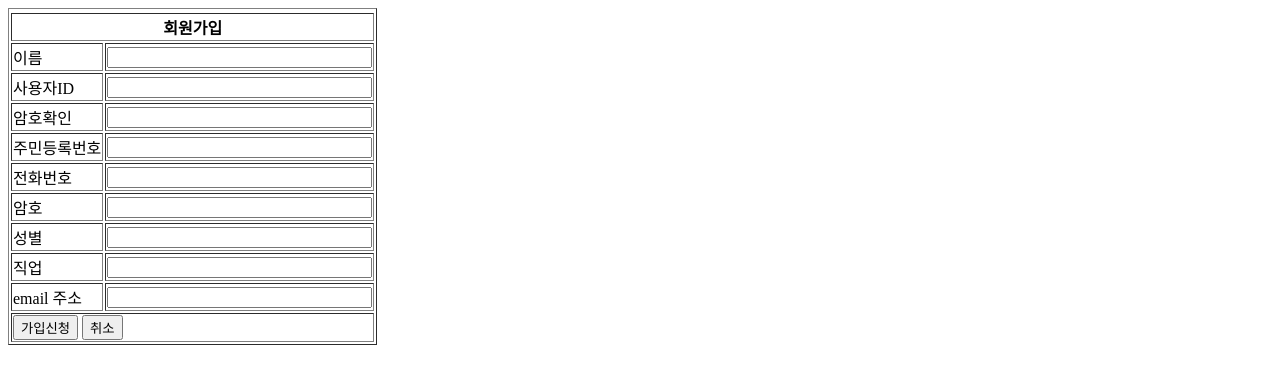
Repository: snowcuphea/webwork_class
Page: clientweb/WebContent/html/customer.html
The author's editor kept a copy of each file at every save. The page is drawn from the files as they stood at one save, then again after the next save.
The browser window is 1280 px wide. The pictures show the whole page.

Above is the page before, as saved 2020-01-02 07:40:25.

### clientweb/WebContent/html/customer.html
<!DOCTYPE html>
<html>
<head>
<meta charset="EUC-KR">
<title>Insert title here</title>
</head>
<body>

	<form action="/clientweb/member/login.jsp" method="post">

		<table border="1">
			<tr>
			</tr>
			<th colspan="2">회원가입</th>
			<tr>
				<td>이름</td>
				<td><input type="text" name="name" size="30" /></td>
			</tr>

			<tr>
				<td>사용자ID</td>
				<td><input type="text" name="name" size="30" /></td>

			</tr>

			<tr>
				<td>암호확인</td>
				<td><input type="text" name="name" size="30" /></td>
			</tr>

			<tr>
				<td>주민등록번호</td>
				<td><input type="text" name="name" size="30" /></td>
			</tr>

			<tr>
				<td>전화번호</td>
				<td><input type="text" name="name" size="30" /></td>
			</tr>

			<tr>
				<td>암호</td>
				<td><input type="text" name="name" size="30" /></td>
			</tr>

			<tr>
				<td>성별</td>
				<td><input type="text" name="name" size="30" /></td>
			</tr>

			<tr>
				<td>직업</td>
				<td><input type="text" name="name" size="30" /></td>
			</tr>

			<tr>
				<td>email 주소</td>
				<td><input type="text" name="name" size="30" /></td>
			</tr>

			<tr>
				<td colspan="2">
				<input type="button" name="name" value="가입신청" />
				<input type="button" name="name" value="취소" />
				</td>
			</tr>


		</table>


	</form>
</body>
</html>

After the next save:
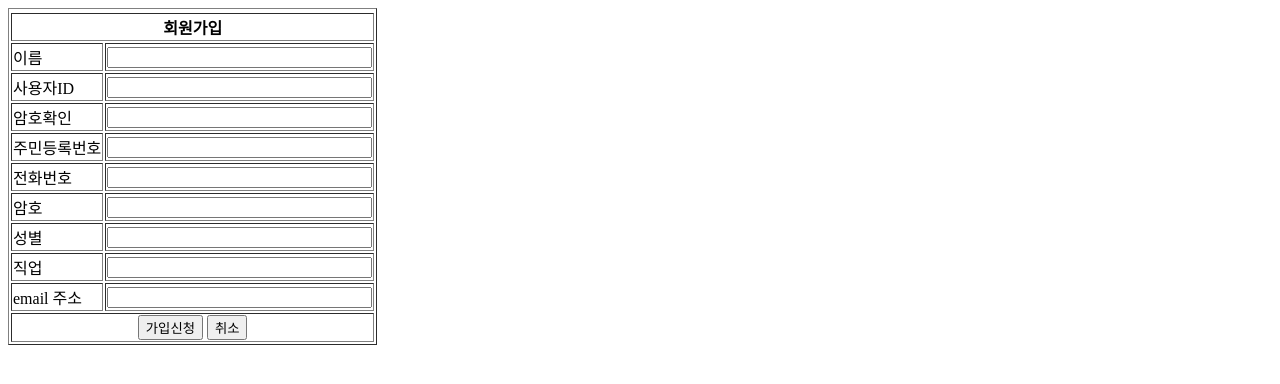
Saved 9 s later.
--- a/clientweb/WebContent/html/customer.html
+++ b/clientweb/WebContent/html/customer.html
@@ -59,7 +59,7 @@
 			</tr>
 
 			<tr>
-				<td colspan="2">
+				<td colspan="2" align="center">
 				<input type="button" name="name" value="가입신청" />
 				<input type="button" name="name" value="취소" />
 				</td>

After the 3 saves that followed:
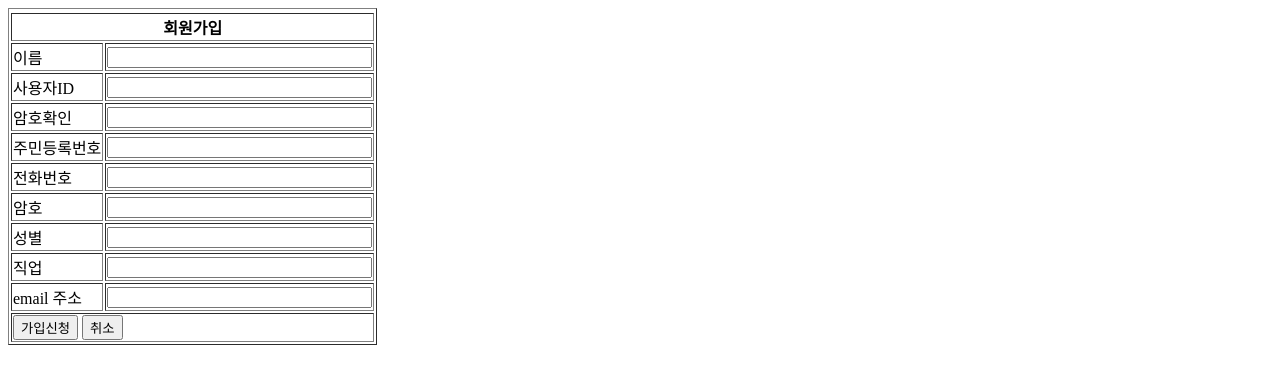
The 3 saves are shown as one change because 1 left the picture as it was and some came seconds apart.
The last was saved 32 s later.
--- a/clientweb/WebContent/html/customer.html
+++ b/clientweb/WebContent/html/customer.html
@@ -58,8 +58,8 @@
 				<td><input type="text" name="name" size="30" /></td>
 			</tr>
 
-			<tr>
-				<td colspan="2" align="center">
+			<tr >
+				<td colspan="2">
 				<input type="button" name="name" value="가입신청" />
 				<input type="button" name="name" value="취소" />
 				</td>
